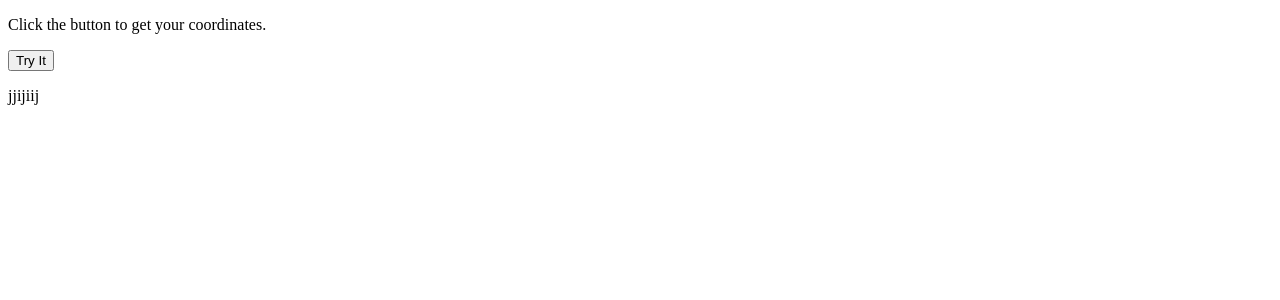
Repository: jeetlovely/ems
Page: EmergencyManagement/WebContent/userpage.html
These files come from the project's save history. The page is drawn as it stood at one moment and after the next save; the edit follows.
The browser window is 1280 px wide. The pictures show the whole page.

Above is the page before, as saved 2018-05-01 16:37:18.

### EmergencyManagement/WebContent/userpage.html
<!DOCTYPE html>
<html>
<body>

<p>Click the button to get your coordinates.</p>

<button onclick="getLocation()">Try It</button>

<p id="demo">jjijiij</p>

<script>
var x = document.getElementById("demo");

function getLocation() {
    if (navigator.geolocation) {
        navigator.geolocation.getCurrentPosition(showPosition);
    } else {
        x.innerHTML = "Geolocation is not supported by this browser.";
    }
}

function showPosition(position) {
    x.innerHTML = "Latitude: " + position.coords.latitude +
    "<br>Longitude: " + position.coords.longitude;
}
</script>

</body>
</html>




<!-- <!DOCTYPE html>
<html>
<head>
	<meta charset="ISO-8859-1">
	<title>Insert title here</title>
	<link type="text/css" rel="stylesheet" href="mystyle.css">
</head>

<body>
	<!-- <script>
		var x = document.getElementById("demo");
		function getLocation()
		{
    		if (navigator.geolocation)
    		{
        		navigator.geolocation.getCurrentPosition(showPosition);
    		}
    		else
    		{
    		    x.innerHTML = "Geolocation is not supported by this browser.";
    		}
		}
		function showPosition(position)
		{
    		x. = "Latitude: " + position.coords.latitude +
    		"<br>Longitude: " + position.coords.longitude;
		}
	</script>
	<button onclick="getLocation()">DETECT</button>
	<p id="demo" style="height: 100dp; width: 100dp; background-color: yellow">hdjehdiehciufhu</p>

<form action="Acknowledgement">
<center>
<h1>EMERGENCY HOUR !  PROVIDE US THE INFORMATION ...</h1>
</center>
<h2>CHOOSE LOCATION</h2>

<select name="ocation">
  <option>--Select Location--</option>
  <option value="22,88">Kolkata</option>
  <option value="28,77">Delhi</option>
  <option value="19,72">Mumbai</option>
  <option value="13,80">Chennai</option>
</select>

 <br><br>
<h2>SELECT A EMERGENCY SITUATION</h2>
<input type="radio" name="accidentType" value="msp101">Fire<br>
<input type="radio" name="accidentType" value="msp102">Road Accident<br><br>

<input type="submit" value="SUBMIT" onclick="popup()" style="color: slateblue">
<script>
function popup(){
	alert("Thank You");
}
</script>


</form>

</body>
</html>-->

After the next save:
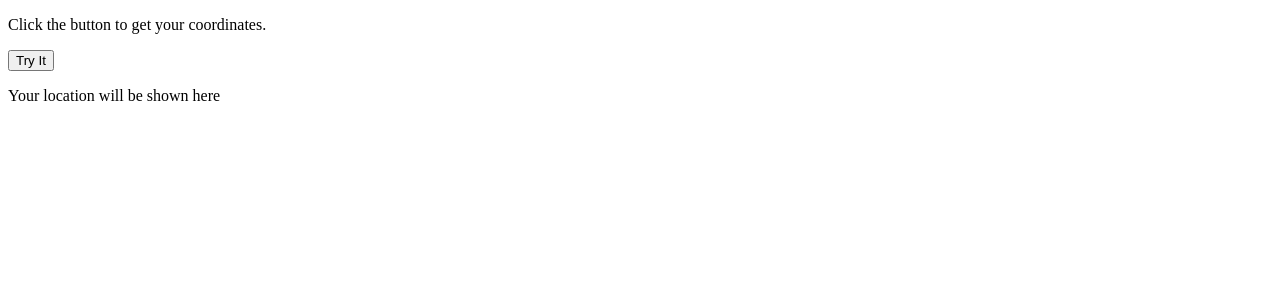
Saved 45 s later.
--- a/EmergencyManagement/WebContent/userpage.html
+++ b/EmergencyManagement/WebContent/userpage.html
@@ -6,7 +6,7 @@
 
 <button onclick="getLocation()">Try It</button>
 
-<p id="demo">jjijiij</p>
+<p id="demo">Your location will be shown here</p>
 
 <script>
 var x = document.getElementById("demo");
